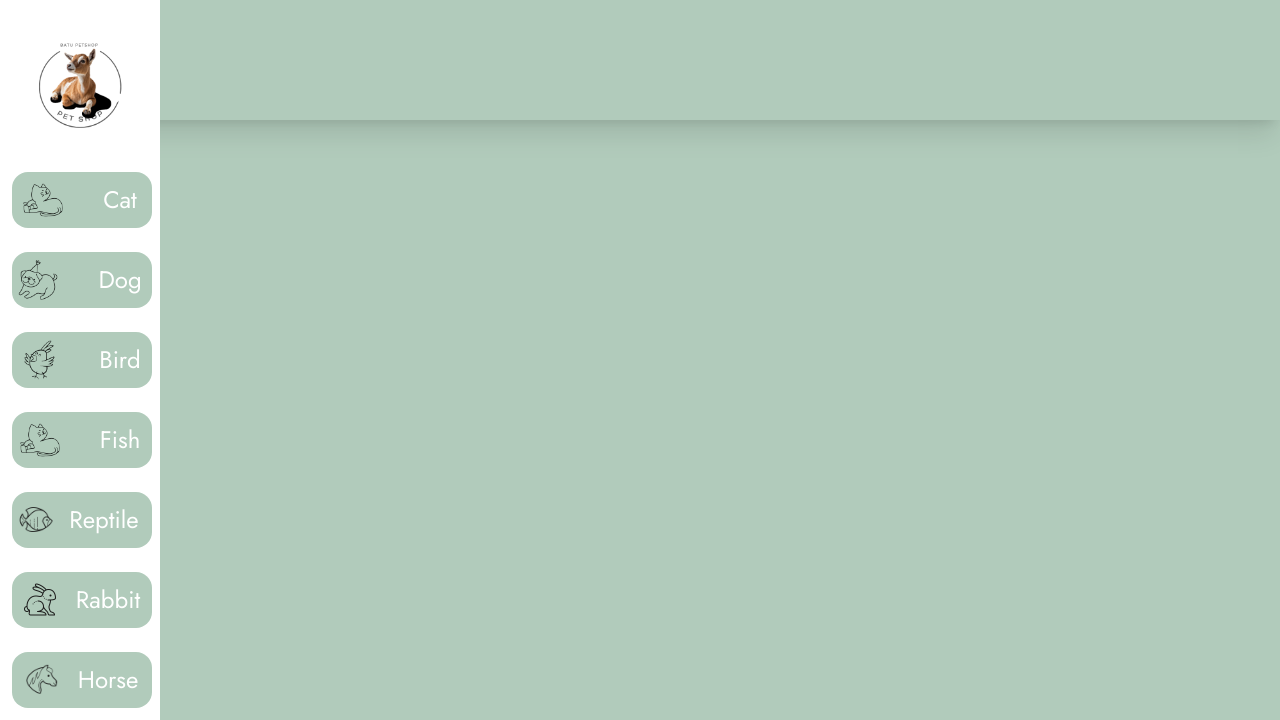
Repository: batu-call/batu-petshop
Page: /main (app in petshopp-appAdmin/admin/)
These files come from the project's save history. The page is drawn as it stood at one moment and after the next save; the edit follows.
The browser window is 1280 px wide. The pictures show the whole page.
The project was rebuilt for these pictures with package versions that can differ from the ones it lists, and the page was loaded fresh each time. The framework's server and built-in components were replaced by stand-ins that run in the browser. Also part of the build but not shown: petshopp-appAdmin/admin/next.config.ts.

Above is the page before, as saved 2025-09-19 23:08:12.

### petshopp-appAdmin/admin/src/app/layout.tsx
import type { Metadata } from "next";
import { Jost } from 'next/font/google';
import "./globals.css";

const jost = Jost({
  subsets: ['latin'],
  weight: ['400', '500', '700'],
});


export const metadata: Metadata = {
  title: "Batu Petshop AdminPanel",
  description: "Generated by create next app",
   icons: {
    icon: '/favicon.ico',
  },
};

export default function RootLayout({
  children,
}: Readonly<{
  children: React.ReactNode;
}>) {
  return (
    <html lang="en">
      <body
        className={`antialiased ${jost.className}`}
      >
        {children}
      </body>
    </html>
  );
}

### petshopp-appAdmin/admin/src/app/main/page.tsx
import React from 'react'
import Main from './controller/Main'


const page = () => {
  return (
    <div>
        <Main />
    </div>
  )
}

export default page

### petshopp-appAdmin/admin/src/app/globals.css
@import "tailwindcss";
@import "tw-animate-css";

@custom-variant dark (&:is(.dark *));

@layer utilities {
  .bg-primary {
    background-color: #B1CBBB;
  }
  .bg-secondary {
    background-color: #DDEEDD;
  }
  .bg-secondary_20 {
    background-color: rgba(221, 238, 221, 0.2);
  }
  .text-jost {
    font-family: 'Jost',sans-serif;
  }
  .text-color {
    color: #393E46;
  }
  .text-color2 {
    color: #B1CBBB;
  }
}

body {
  font-family: 'Jost', Arial, Helvetica, sans-serif
}

@theme inline {
  --radius-sm: calc(var(--radius) - 4px);
  --radius-md: calc(var(--radius) - 2px);
  --radius-lg: var(--radius);
  --radius-xl: calc(var(--radius) + 4px);
  --color-background: var(--background);
  --color-foreground: var(--foreground);
  --color-card: var(--card);
  --color-card-foreground: var(--card-foreground);
  --color-popover: var(--popover);
  --color-popover-foreground: var(--popover-foreground);
  --color-primary: var(--primary);
  --color-primary-foreground: var(--primary-foreground);
  --color-secondary: var(--secondary);
  --color-secondary-foreground: var(--secondary-foreground);
  --color-muted: var(--muted);
  --color-muted-foreground: var(--muted-foreground);
  --color-accent: var(--accent);
  --color-accent-foreground: var(--accent-foreground);
  --color-destructive: var(--destructive);
  --color-border: var(--border);
  --color-input: var(--input);
  --color-ring: var(--ring);
  --color-chart-1: var(--chart-1);
  --color-chart-2: var(--chart-2);
  --color-chart-3: var(--chart-3);
  --color-chart-4: var(--chart-4);
  --color-chart-5: var(--chart-5);
  --color-sidebar: var(--sidebar);
  --color-sidebar-foreground: var(--sidebar-foreground);
  --color-sidebar-primary: var(--sidebar-primary);
  --color-sidebar-primary-foreground: var(--sidebar-primary-foreground);
  --color-sidebar-accent: var(--sidebar-accent);
  --color-sidebar-accent-foreground: var(--sidebar-accent-foreground);
  --color-sidebar-border: var(--sidebar-border);
  --color-sidebar-ring: var(--sidebar-ring);
}

:root {
  --radius: 0.625rem;
  --background: oklch(1 0 0);
  --foreground: oklch(0.145 0 0);
  --card: oklch(1 0 0);
  --card-foreground: oklch(0.145 0 0);
  --popover: oklch(1 0 0);
  --popover-foreground: oklch(0.145 0 0);
  --primary: oklch(0.205 0 0);
  --primary-foreground: oklch(0.985 0 0);
  --secondary: oklch(0.97 0 0);
  --secondary-foreground: oklch(0.205 0 0);
  --muted: oklch(0.97 0 0);
  --muted-foreground: oklch(0.556 0 0);
  --accent: oklch(0.97 0 0);
  --accent-foreground: oklch(0.205 0 0);
  --destructive: oklch(0.577 0.245 27.325);
  --border: oklch(0.922 0 0);
  --input: oklch(0.922 0 0);
  --ring: oklch(0.708 0 0);
  --chart-1: oklch(0.646 0.222 41.116);
  --chart-2: oklch(0.6 0.118 184.704);
  --chart-3: oklch(0.398 0.07 227.392);
  --chart-4: oklch(0.828 0.189 84.429);
  --chart-5: oklch(0.769 0.188 70.08);
  --sidebar: oklch(0.985 0 0);
  --sidebar-foreground: oklch(0.145 0 0);
  --sidebar-primary: oklch(0.205 0 0);
  --sidebar-primary-foreground: oklch(0.985 0 0);
  --sidebar-accent: oklch(0.97 0 0);
  --sidebar-accent-foreground: oklch(0.205 0 0);
  --sidebar-border: oklch(0.922 0 0);
  --sidebar-ring: oklch(0.708 0 0);
}

.dark {
  --background: oklch(0.145 0 0);
  --foreground: oklch(0.985 0 0);
  --card: oklch(0.205 0 0);
  --card-foreground: oklch(0.985 0 0);
  --popover: oklch(0.205 0 0);
  --popover-foreground: oklch(0.985 0 0);
  --primary: oklch(0.922 0 0);
  --primary-foreground: oklch(0.205 0 0);
  --secondary: oklch(0.269 0 0);
  --secondary-foreground: oklch(0.985 0 0);
  --muted: oklch(0.269 0 0);
  --muted-foreground: oklch(0.708 0 0);
  --accent: oklch(0.269 0 0);
  --accent-foreground: oklch(0.985 0 0);
  --destructive: oklch(0.704 0.191 22.216);
  --border: oklch(1 0 0 / 10%);
  --input: oklch(1 0 0 / 15%);
  --ring: oklch(0.556 0 0);
  --chart-1: oklch(0.488 0.243 264.376);
  --chart-2: oklch(0.696 0.17 162.48);
  --chart-3: oklch(0.769 0.188 70.08);
  --chart-4: oklch(0.627 0.265 303.9);
  --chart-5: oklch(0.645 0.246 16.439);
  --sidebar: oklch(0.205 0 0);
  --sidebar-foreground: oklch(0.985 0 0);
  --sidebar-primary: oklch(0.488 0.243 264.376);
  --sidebar-primary-foreground: oklch(0.985 0 0);
  --sidebar-accent: oklch(0.269 0 0);
  --sidebar-accent-foreground: oklch(0.985 0 0);
  --sidebar-border: oklch(1 0 0 / 10%);
  --sidebar-ring: oklch(0.556 0 0);
}

@layer base {
  * {
    @apply border-border outline-ring/50;
  }
  body {
    @apply bg-background text-foreground;
  }
}

### petshopp-appAdmin/admin/src/app/main/controller/Main.tsx
import React from 'react'
import Image from 'next/image'
import Link from 'next/link'

const Main = () => {
  return (
    <div className='w-full h-screen bg-primary'>
      {/* Navbar */}
      <Link href={"/main"}>
      <div className='w-full h-30 bg-primary shadow-xl'>
      <div>
        <Image  src={"/logo.png"} alt='main-icon' width={500} height={500} className='flex justify-center items-center w-40 h-40'/>
      </div>
      </div>
      </Link>
      {/* Catgeory */}
      <div className='w-40 h-screen bg-white fixed mt-7'>
        {/* Cat */}
        <Link href={"/Cat"}>
      <div className='bg-primary inline-block p-2 items-center mt-6 ml-3 rounded-2xl w-35'>
        <div className='flex gap-9 items-center justify-center'>
       <Image src="/cat_7721779.png" alt='cat-image'
       height={40}
       width={40}
       />
       <h2 className='text-2xl text-jost text-white p-1'>Cat</h2>
      </div>
      </div>
      </Link>
      {/* Dog */}
         <Link href={"/Dog"}>
       <div className='bg-primary inline-block p-2 items-center mt-6 ml-3 rounded-2xl w-35'>
        <div className='flex gap-9 items-center justify-center'>
       <Image src="/dog.png" alt='cat-image'
       height={40}
       width={40}
       />
       <h2 className='text-2xl text-jost text-white p-1'>Dog</h2>
      </div>
      </div>
      </Link>
      {/* BİRD */}
         <Link href={"/Bird"}>
       <div className='bg-primary inline-block p-2 items-center mt-6 ml-3 rounded-2xl w-35'>
        <div className='flex gap-9 items-center justify-center'>
       <Image src="/bird.png" alt='cat-image'
       height={40}
       width={40}
       />
       <h2 className='text-2xl text-jost text-white p-1'>Bird</h2>
      </div>
      </div>
      </Link>
      {/* FİSH */}
         <Link href={"/Fish"}>
       <div className='bg-primary inline-block p-2 items-center mt-6 ml-3 rounded-2xl w-35'>
        <div className='flex gap-9 items-center justify-center'>
       <Image src="/cat_7721779.png" alt='cat-image'
       height={40}
       width={40}
       />
       <h2 className='text-2xl text-jost text-white p-1'>Fish</h2>
      </div>
      </div>
      </Link>
      {/* Reptile */}
         <Link href={"/Reptile"}>
       <div className='bg-primary inline-block p-2 items-center mt-6 ml-3 rounded-2xl w-35'>
        <div className='flex gap-3 items-center justify-center'>
       <Image src="/fish.png" alt='cat-image'
       height={40}
       width={40}
       />
       <h2 className='text-2xl text-jost text-white mr-2'>Reptile</h2>
      </div>
      </div>
      </Link>
      {/* Rabbit */}
         <Link href={"/Rabbit"}>
       <div className='bg-primary inline-block p-2 items-center mt-6 ml-3 rounded-2xl w-35'>
        <div className='flex gap-3 items-center justify-center'>
       <Image src="/rabbit2.png" alt='cat-image'
       height={40}
       width={40}
       />
       <h2 className='text-2xl text-jost text-white p-1'>Rabbit</h2>
      </div>
      </div>
      </Link>
      {/* Horse */}
         <Link href={"/Horse"}>
       <div className='bg-primary inline-block p-2 items-center mt-6 ml-3 rounded-2xl w-35'>
        <div className='flex gap-3 items-center justify-center'>
       <Image src="/horse.png" alt='cat-image'
       height={40}
       width={40}
       />
       <h2 className='text-2xl text-jost text-white p-1'>Horse</h2>
      </div>
      </div>
      </Link>
      {/* Contact */}
         <Link href={"/Contact"}>
       <div className='bg-primary inline-block p-2 items-center mt-6 ml-3 rounded-2xl w-35'>
        <div className='flex gap-3 items-center justify-center'>
       <h2 className='text-2xl text-jost text-white p-1'>Contact</h2>
      </div>
      </div>
      </Link>
      {/* +category */}
       <div className='bg-primary inline-block p-2 items-center mt-6 ml-3 rounded-2xl w-35'>
        <div className='flex gap-3 items-center justify-center'>
       <h2 className='text-2xl text-jost text-white p-1'>+category</h2>
      </div>
      </div>
    </div>
    </div>
  )
}

export default Main

After the next save:
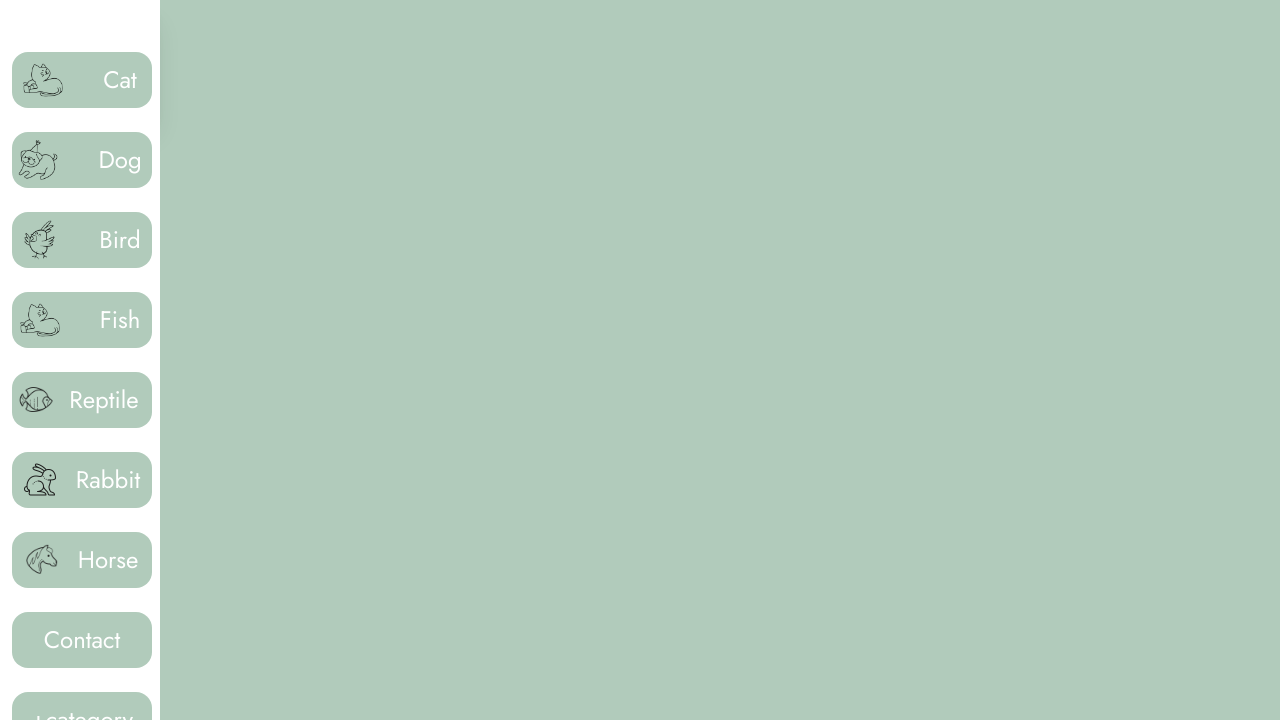
Saved 5 min 40 s later.
--- a/petshopp-appAdmin/admin/src/app/main/controller/Main.tsx
+++ b/petshopp-appAdmin/admin/src/app/main/controller/Main.tsx
@@ -2,9 +2,9 @@
 import Image from 'next/image'
 import Link from 'next/link'
 
-const Main = () => {
+const Main = ({ children }) => {
   return (
-    <div className='w-full h-screen bg-primary'>
+    <div className='w-full h-screen bg-primary flex'>
       {/* Navbar */}
       <Link href={"/main"}>
       <div className='w-full h-30 bg-primary shadow-xl'>
@@ -113,6 +113,9 @@
        <h2 className='text-2xl text-jost text-white p-1'>+category</h2>
       </div>
       </div>
+      <div>
+        {children}
+      </div>
     </div>
     </div>
   )

After the save that followed:
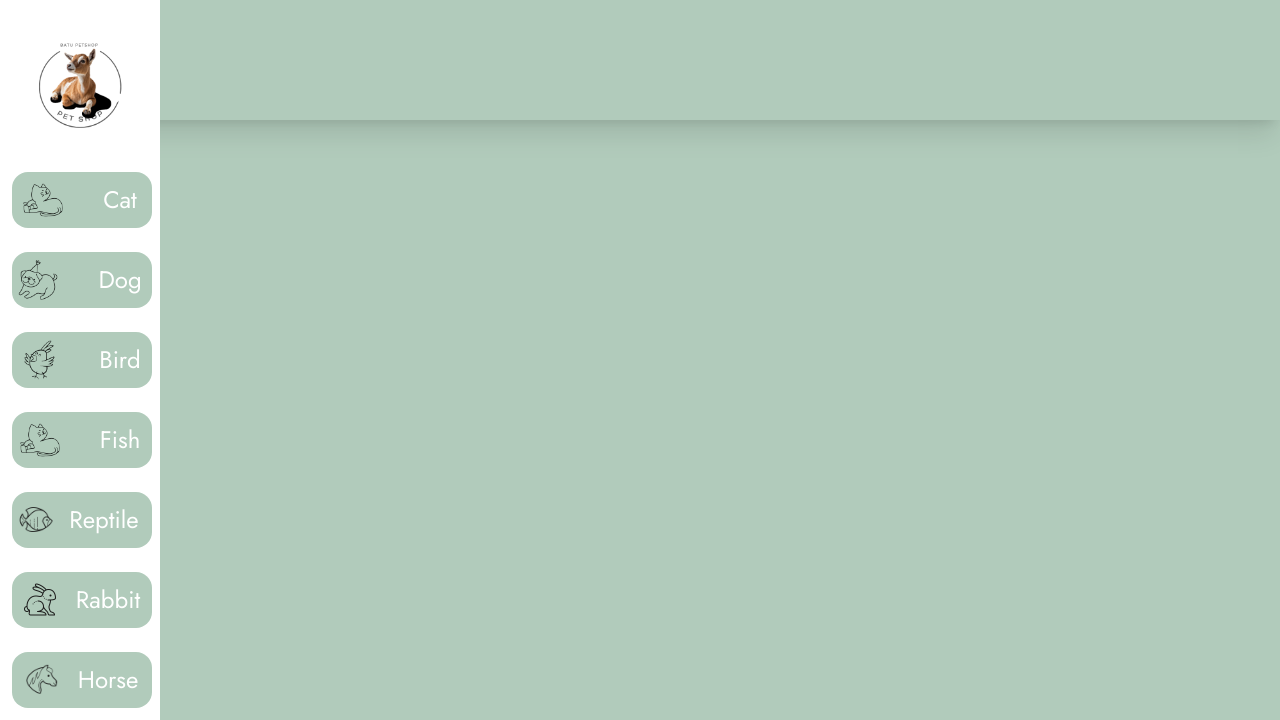
Saved 16 s later.
--- a/petshopp-appAdmin/admin/src/app/main/controller/Main.tsx
+++ b/petshopp-appAdmin/admin/src/app/main/controller/Main.tsx
@@ -4,7 +4,7 @@
 
 const Main = ({ children }) => {
   return (
-    <div className='w-full h-screen bg-primary flex'>
+    <div className='w-full h-screen bg-primary'>
       {/* Navbar */}
       <Link href={"/main"}>
       <div className='w-full h-30 bg-primary shadow-xl'>
